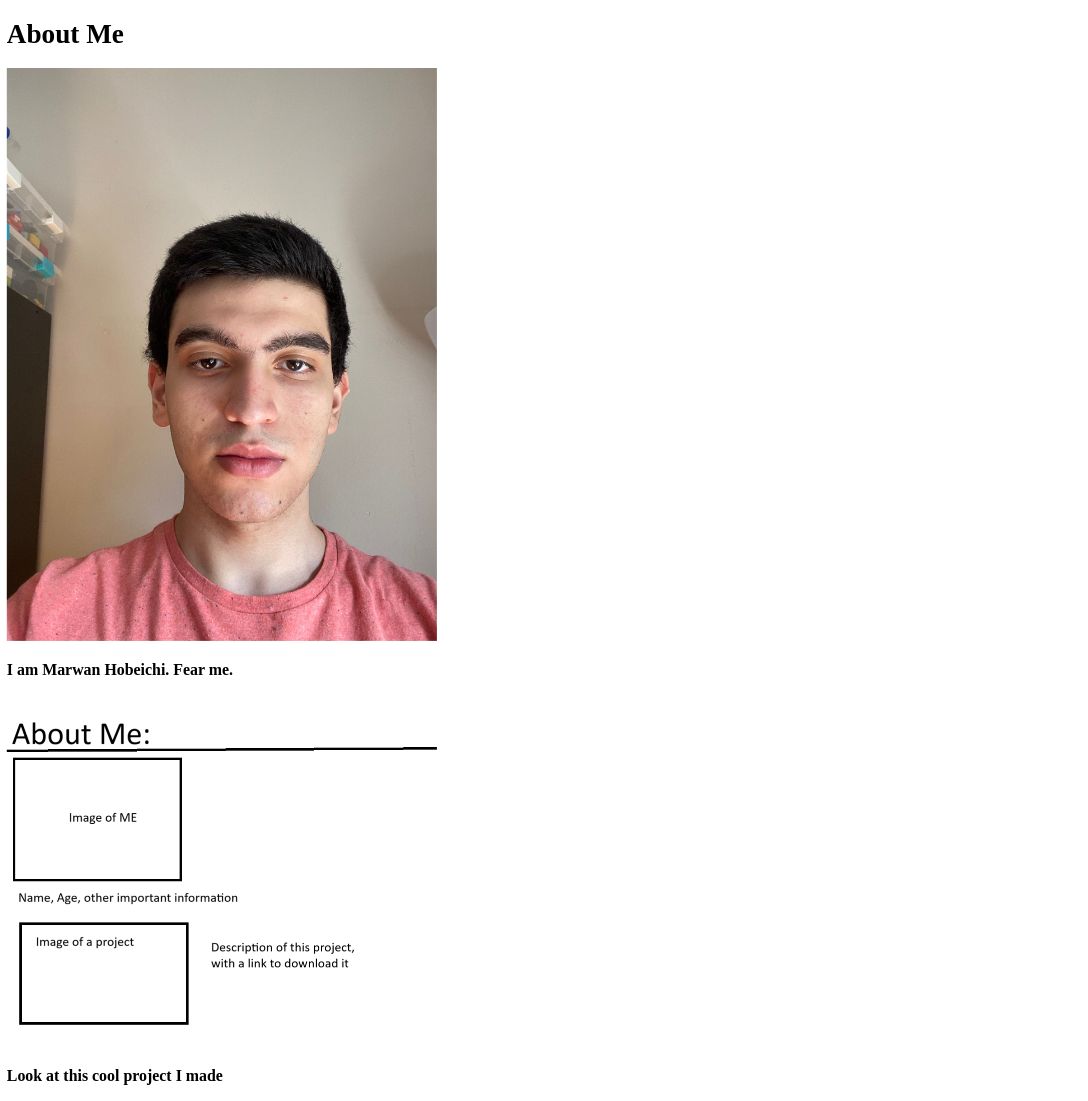
Repository: captainm64/captainm64
Page: index.html
The author's editor kept a copy of each file at every save. The page is drawn from the files as they stood at one save, then again after the next save.
The browser window is 1280 px wide. The pictures show the whole page, at 85% of full size.

Above is the page before, as saved 2026-04-22 10:41:49.

### index.html
<!DOCTYPE html>
<html>
    <head>
        <link rel = "stylesheet" href = "../../styles/index.css" />
         <link rel = "stylesheet" href = "./styles/global.css" />
         <title>HomePage</title>
    </head>
<body>
<Header id = "Title">
<h1> About Me </h1>

<div class = "Me">
 <img src="../../assets/images/Marwan.jpg" alt = "Marwan Hobeichi looking at the camera"/>
</div>

<h3> I am Marwan Hobeichi. Fear me.</h3>

<div class = "projtxt">
 <div>
 <img src="../../assets/images/HomePage.png" alt = "Demonstration of an old project"/>
 </div>

 <h3> Look at this cool project I made</h3>
</div>

### styles/global.css
img{

   height: 55%;
   width: 40%;
}

#projtxt{

   background-color: blue;
   text-align: right;
}

Loaded but not shown: styles/index.css (no stored copy; drawn as an empty file)

After the next save:
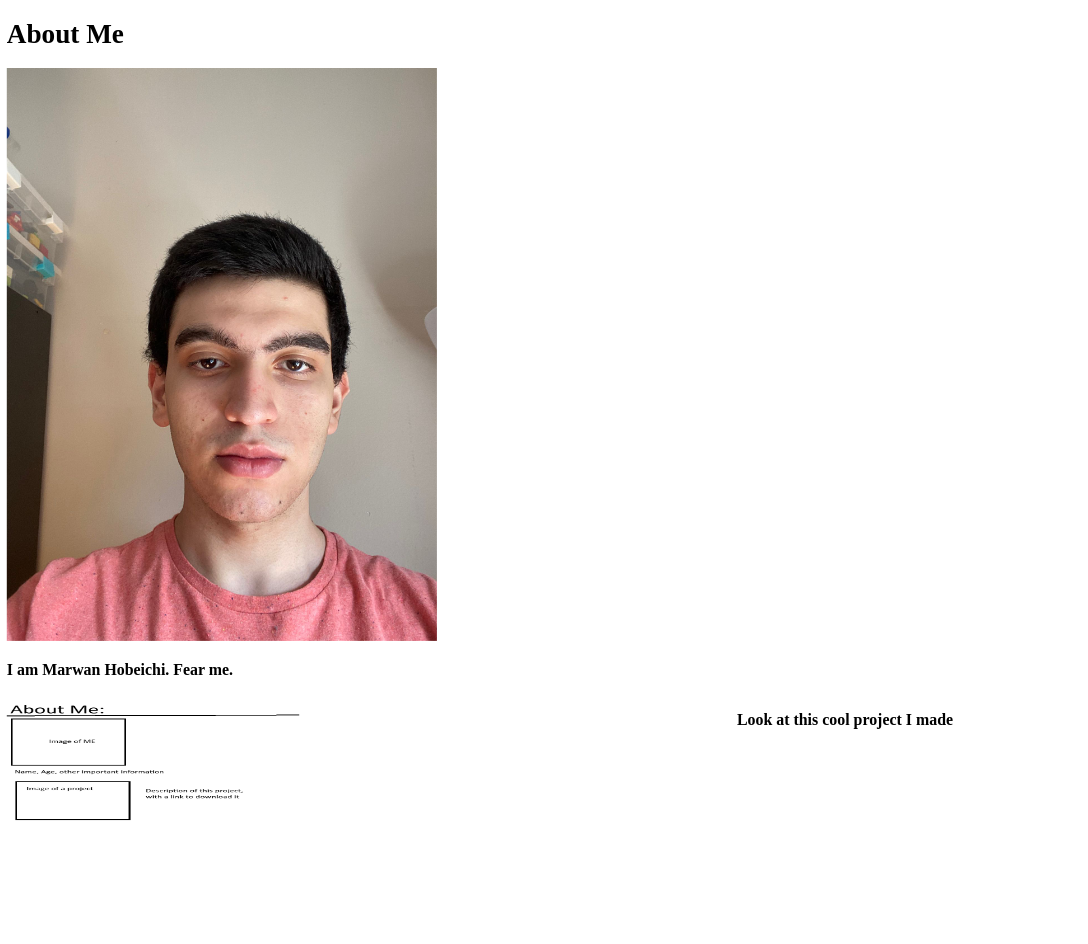
Saved 3 min 30 s later.
--- a/styles/global.css
+++ b/styles/global.css
@@ -4,8 +4,9 @@ img{
    width: 40%;
 }
 
-#projtxt{
+.projtxt{
 
-   background-color: blue;
-   text-align: right;
+   display: flex;
+   flex-direction: row;
+
 }
